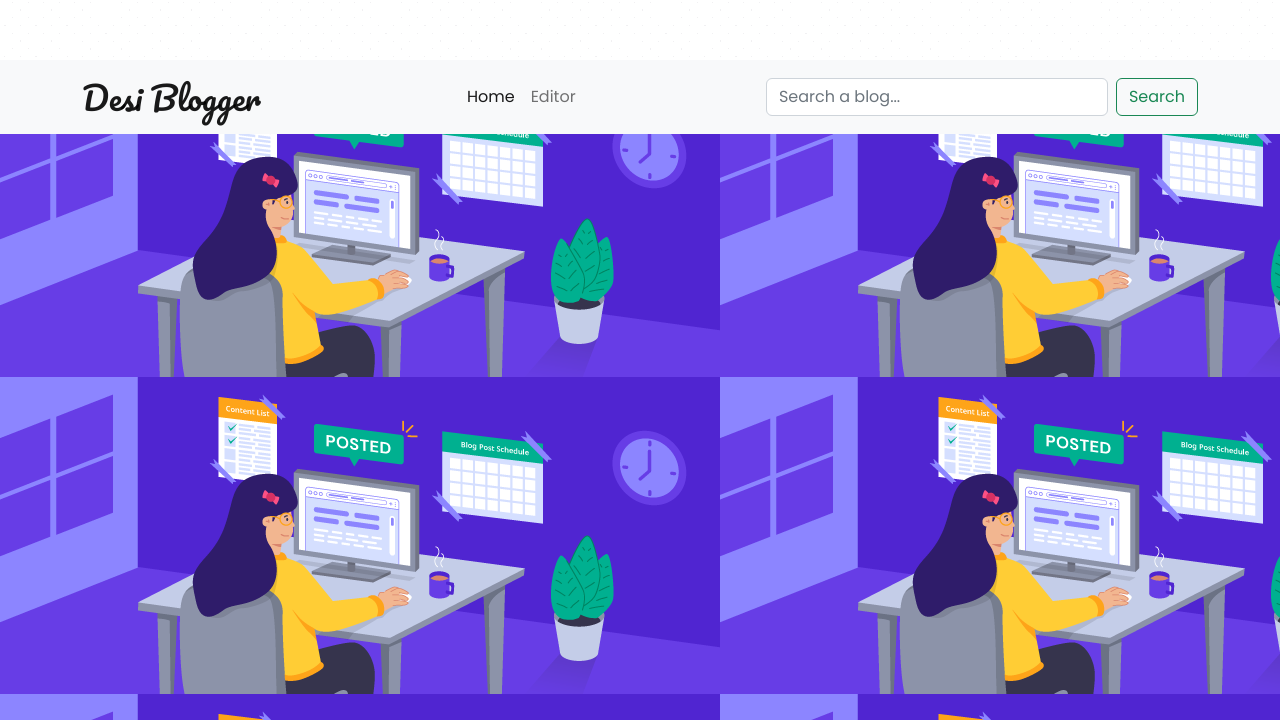
Repository: badhon252/Desi_Blogger
Page: public/home.html
These files come from the project's save history. The page is drawn as it stood at one moment and after the next save; the edit follows.
The browser window is 1280 px wide. The pictures show the whole page.

Above is the page before, as saved 2022-11-15 19:31:10.

After the next save:
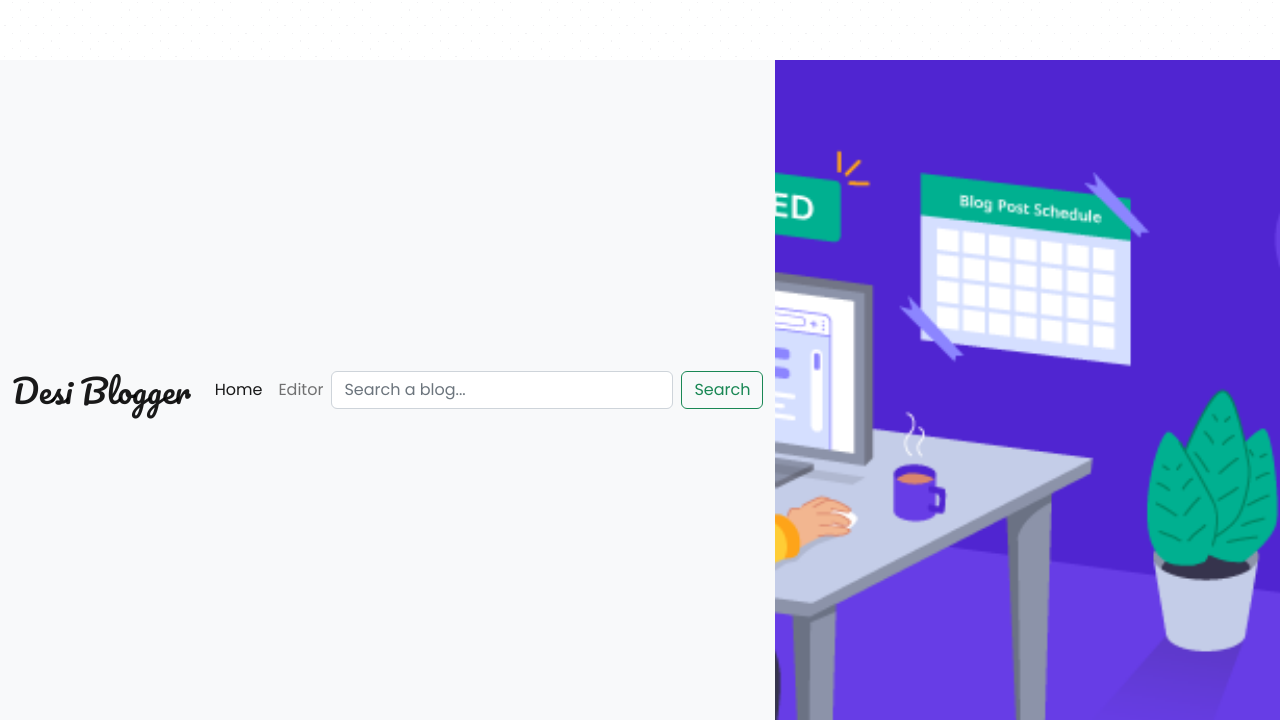
Saved 23 s later.
--- a/public/css/home.css
+++ b/public/css/home.css
@@ -39,4 +39,6 @@ body {
   width: 100%;
   height: calc(100vh - 60px);
   background-image: url(../img/how-to-start-a-blog.png);
+  background-size: cover;
+  display: flex;
 }
